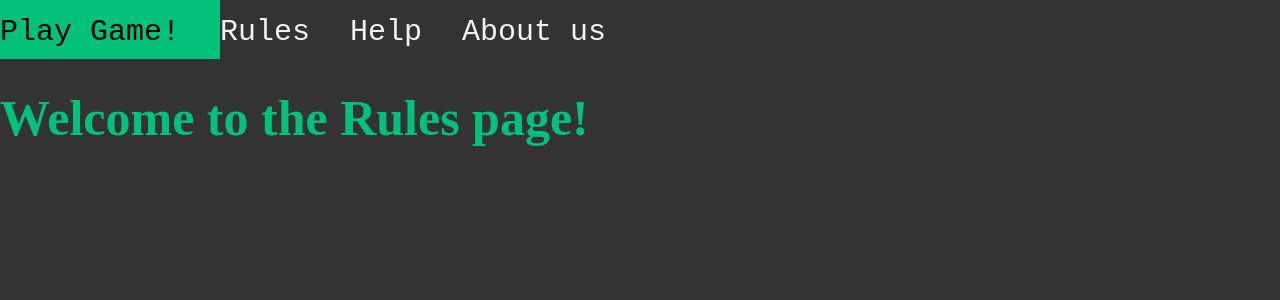
Repository: Ascendrospyder/rock-paper-scissors
Page: rulesPage.html
These files come from the project's save history. The page is drawn as it stood at one moment and after a run of saves; the edit follows.
The browser window is 1280 px wide. The pictures show the whole page.

Above is the page before, as saved 2022-12-26 11:52:48.

After the next 2 saves:
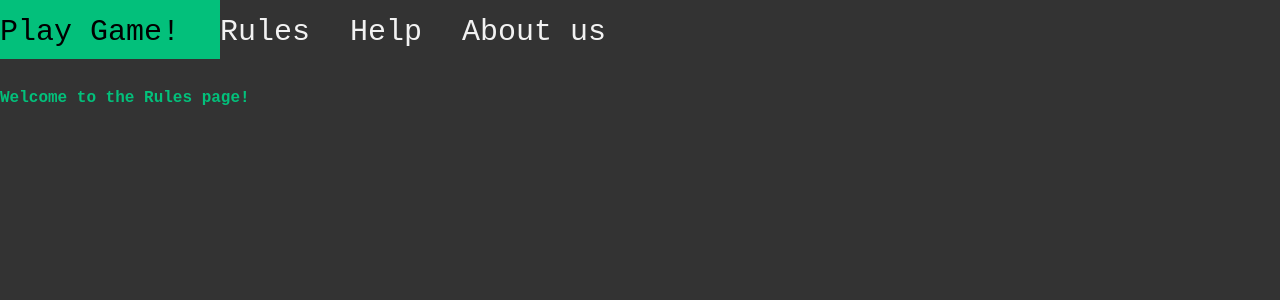
The 2 saves are shown as one change because they came seconds apart.
The last was saved 6 s later.
--- a/css/style.css
+++ b/css/style.css
@@ -22,9 +22,9 @@ body {
 }
 
 .heading {
-  font-size: 50px;
+  /* font-size: 50px; */
   color : #03c07b;
-  /* font-family: 'Roboto Mono', monospace; */
+  font-family: 'Roboto Mono', monospace;
 }
 
 .multicoloured-text {
